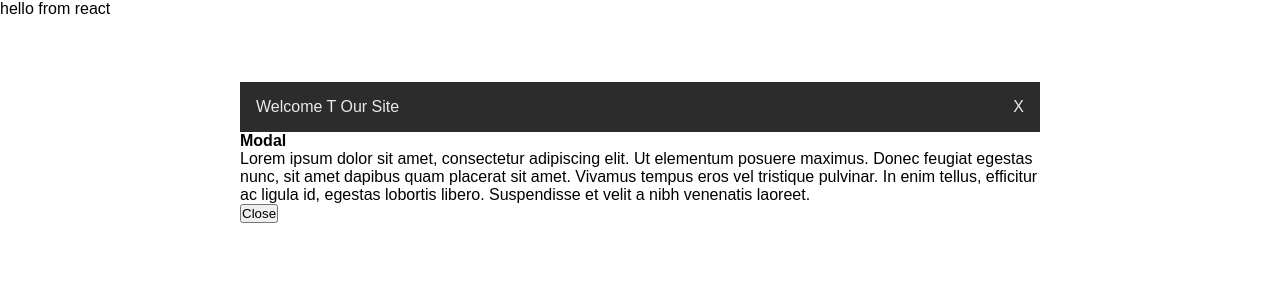
Repository: KrzysKolo/sr_tydzien5_zad1
Page: /
These files come from the project's save history. The page is drawn as it stood at one moment and after the next save; the edit follows.
The browser window is 1280 px wide. The pictures show the whole page.
The project was rebuilt for these pictures with package versions that can differ from the ones it lists, and the page was loaded fresh each time.

Above is the page before, as saved 2020-12-18 13:38:30.

After the next save:
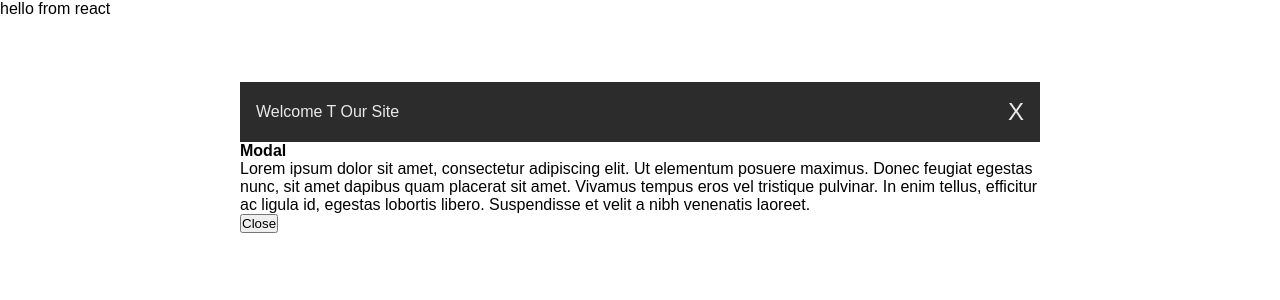
Saved 2 min 27 s later.
--- a/src/components/modal/Modal.css
+++ b/src/components/modal/Modal.css
@@ -20,3 +20,7 @@ body {
   align-items: center;
   justify-content: space-between;
 }
+.modal-header span {
+  font-size: 1.5rem;
+  cursor: pointer;
+}
